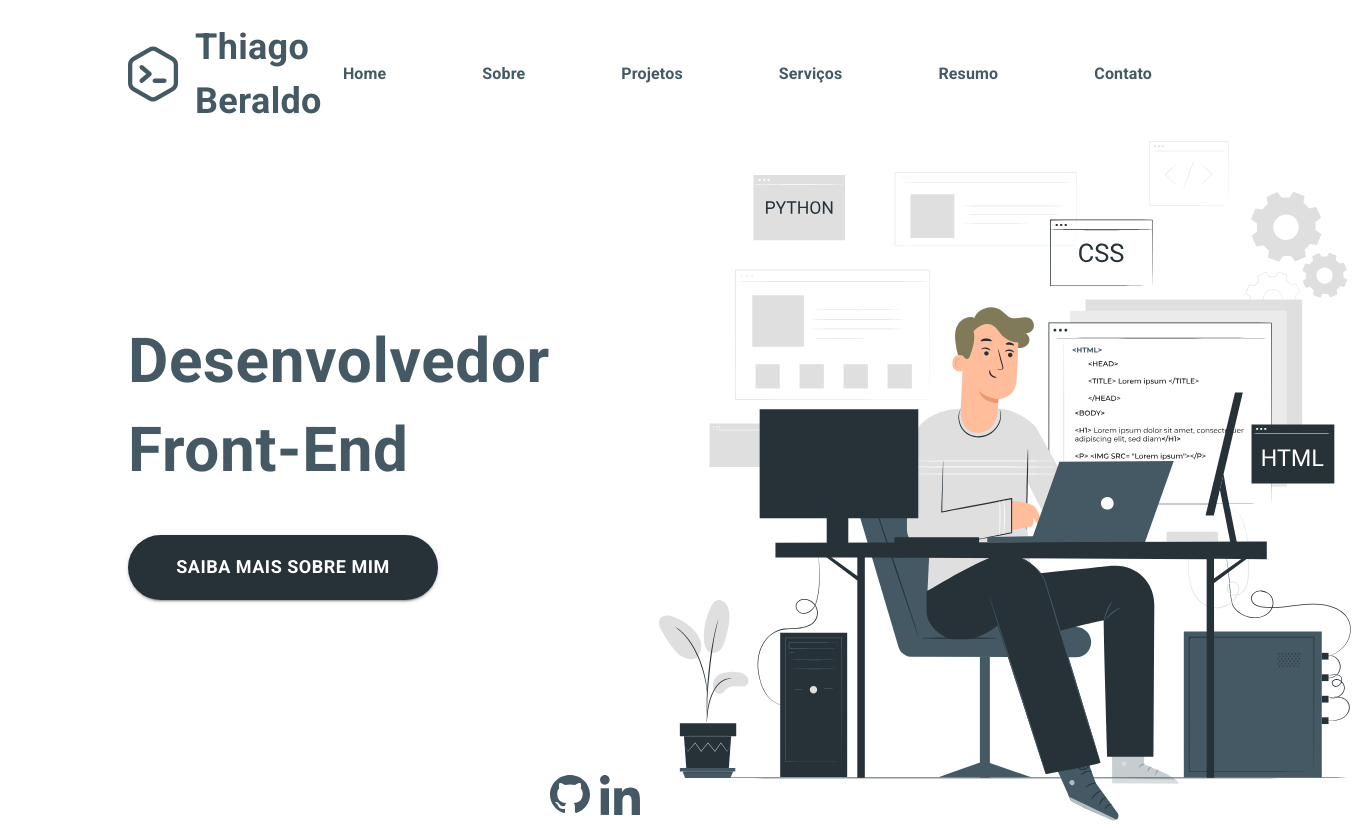
Repository: lenx0/myportfolio
Page: /
These files come from the project's save history. The page is drawn as it stood at one moment and after the next save; the edit follows.
The browser window is 1280 px wide. The page is 1361 px wide, so the pictures cover 1361 px, including what lies to the right of the window. The pictures show the whole page.
The project was rebuilt for these pictures with package versions that can differ from the ones it lists, and the page was loaded fresh each time. Also part of the build but not shown: vite.config.js.

Above is the page before, as saved 2024-06-07 10:36:57.

After the next save:
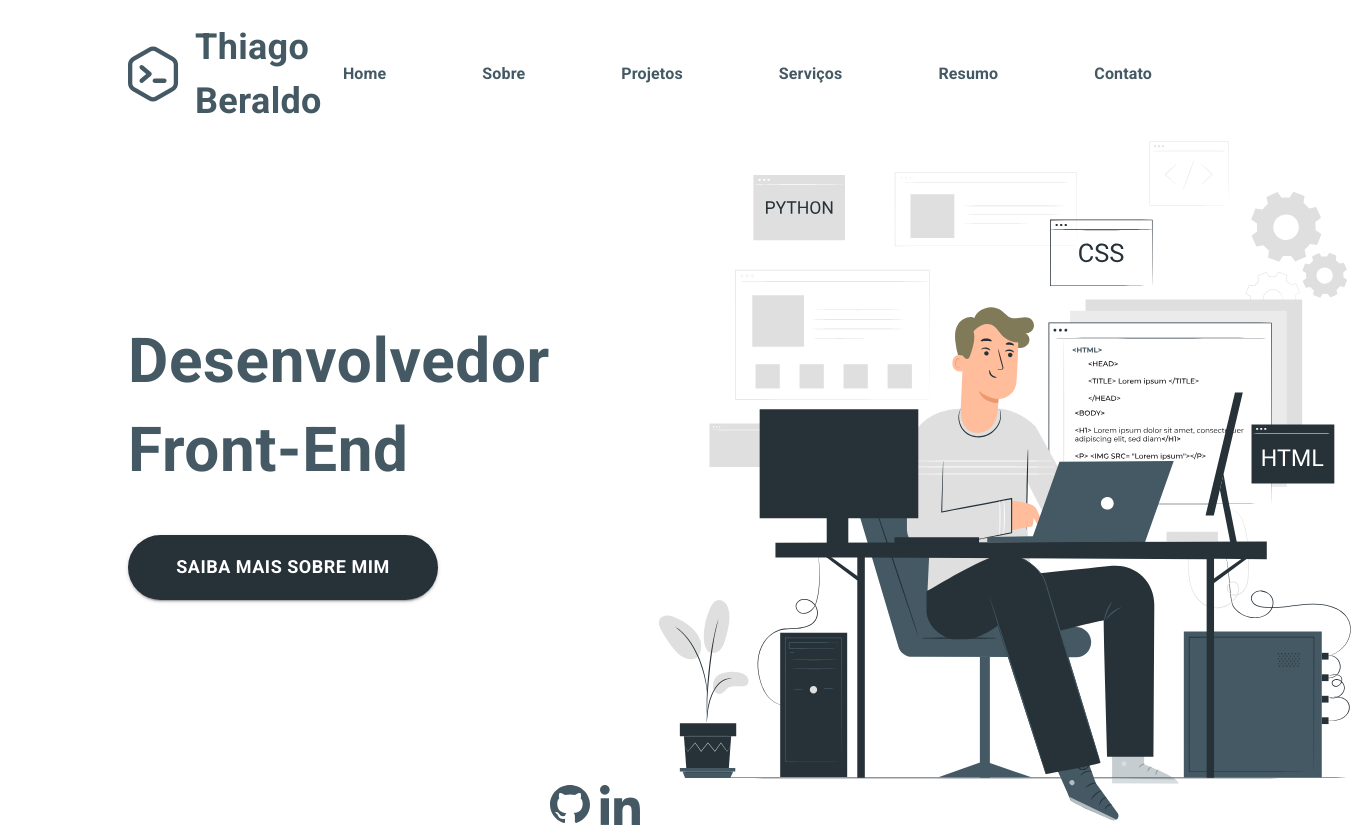
Saved 8 s later.
--- a/src/components/Home/index.jsx
+++ b/src/components/Home/index.jsx
@@ -45,7 +45,6 @@
           display: "flex",
           justifyContent: "flex-start",
           marginTop: "auto",
-          padding: "10px 0",
           gap: "10px",
         }}
       >
